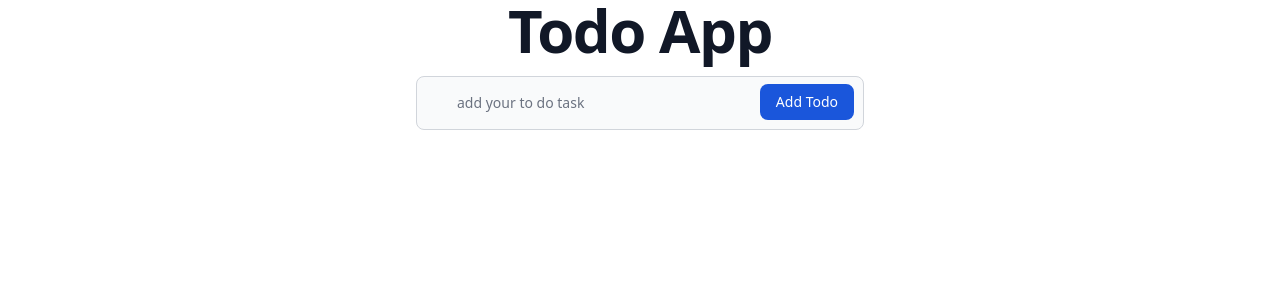
Repository: sodmaq/Todo-App
Page: /
An editor plug-in stored every save of this project. The page is shown before and after the next save, followed by the edit.
The browser window is 1280 px wide. The pictures show the whole page.
The project was rebuilt for these pictures with package versions that can differ from the ones it lists, and the page was loaded fresh each time. Also part of the build but not shown: vite.config.js.

Above is the page before, as saved 2024-09-03 13:21:06.

After the next save:
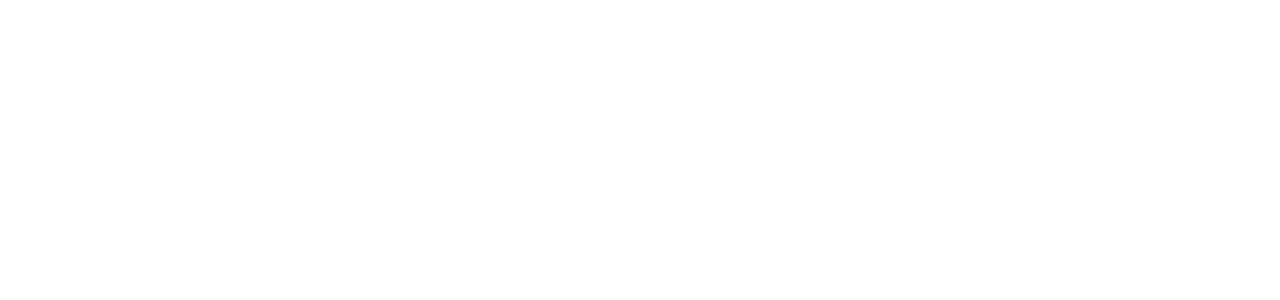
Console error: TypeError: Cannot read properties of undefined (reading 'map')
Saved 8 s later.
--- a/src/components/TodoList.jsx
+++ b/src/components/TodoList.jsx
@@ -2,7 +2,16 @@
 function TodoList({ todos, toggleComplete, deleteTodo }) {
   return (
     <div>
-      <ul></ul>
+      <ul>
+        {todos.map((todo) => (
+          <TodoItem
+            key={todo.id}
+            todo={todo}
+            toggleComplete={toggleComplete}
+            deleteTodo={deleteTodo}
+          />
+        ))}
+      </ul>
     </div>
   );
 }

After the 3 saves that followed:
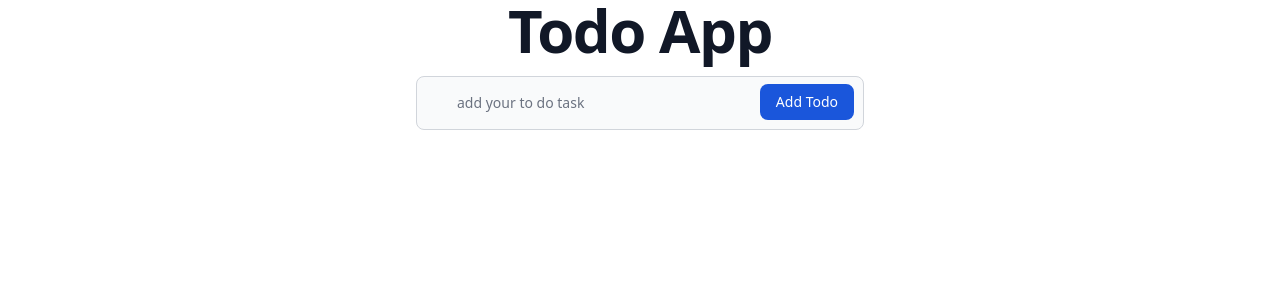
The error is gone.
The 3 saves are shown as one change because 2 left the picture as it was.
The last was saved 7 min 5 s later.
--- a/src/App.jsx
+++ b/src/App.jsx
@@ -1,15 +1,38 @@
+import React, { useState } from "react";
 import Header from "./components/Header";
 import TodoInput from "./components/TodoInput";
-import TodoItem from "./components/TodoItem";
 import TodoList from "./components/TodoList";
+import { v4 as uuidv4 } from "uuid"; // For generating unique IDs
 
 function App() {
+  const [todos, setTodos] = useState([]);
+
+  const addTodo = (text) => {
+    const newTodo = { id: uuidv4(), text, completed: false };
+    setTodos([...todos, newTodo]);
+  };
+
+  const toggleComplete = (id) => {
+    setTodos(
+      todos.map((todo) =>
+        todo.id === id ? { ...todo, completed: !todo.completed } : todo
+      )
+    );
+  };
+
+  const deleteTodo = (id) => {
+    setTodos(todos.filter((todo) => todo.id !== id));
+  };
+
   return (
-    <div className="">
+    <div className="App">
       <Header />
-      <TodoInput />
-      <TodoList />
-      <TodoItem />
+      <TodoInput addTodo={addTodo} />
+      <TodoList
+        todos={todos}
+        toggleComplete={toggleComplete}
+        deleteTodo={deleteTodo}
+      />
     </div>
   );
 }
--- a/src/components/TodoItem.jsx
+++ b/src/components/TodoItem.jsx
@@ -1,5 +1,19 @@
-function TodoItem() {
-  return <div></div>;
+function TodoItem({ todo, toggleComplete, deleteTodo }) {
+  return (
+    <li>
+      <input
+        type="checkbox"
+        checked={todo.completed}
+        onChange={() => toggleComplete(todo.id)}
+      />
+      <span
+        style={{ textDecoration: todo.completed ? "line-through" : "none" }}
+      >
+        {todo.text}
+      </span>
+      <button onClick={() => deleteTodo(todo.id)}>Delete</button>
+    </li>
+  );
 }
 
 export default TodoItem;
